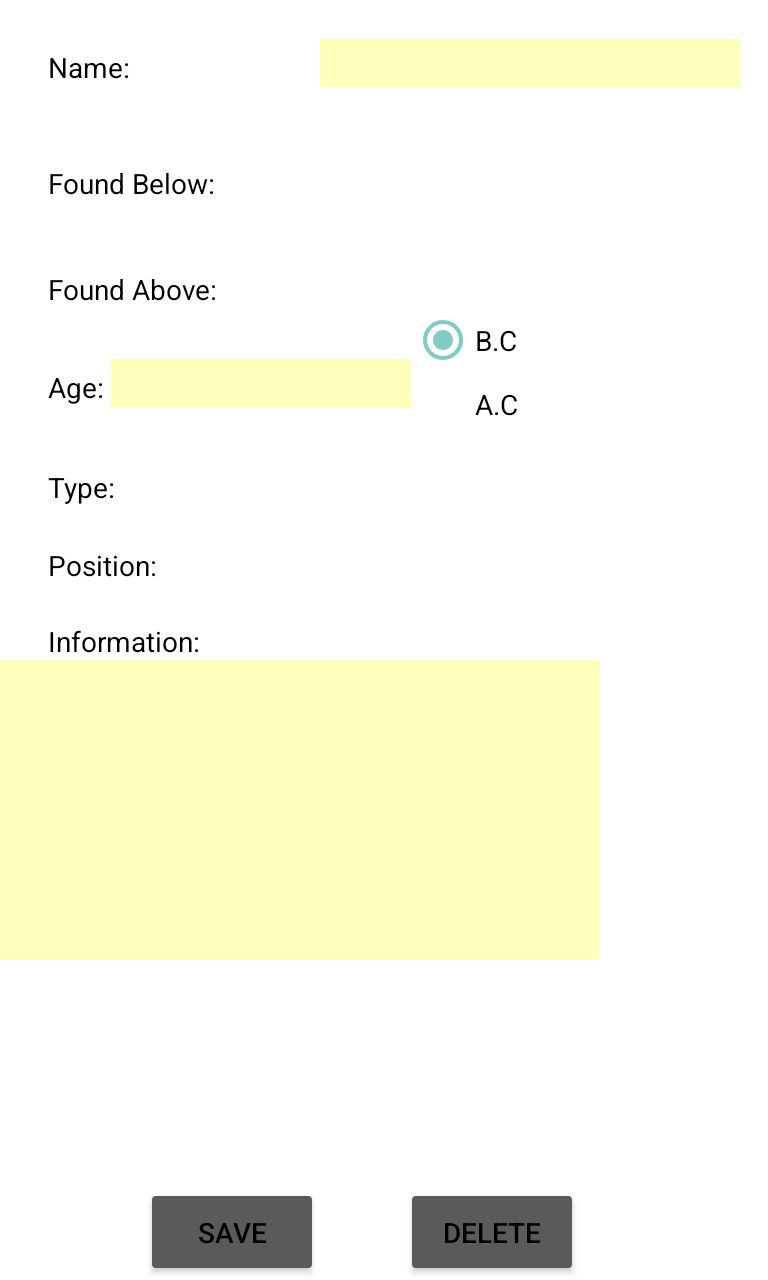
Repository: qfornaguera/AppQuelogy
Layout: AppQueology/res/layout/activity_artifact.xml
An editor plug-in stored every save of this project. The layout is shown before and after the next save, followed by the edit.
It is drawn on a 768 x 1280 px phone screen (xhdpi) without system bars, with theme Theme.AppCompat; the app's code is not run.

Above is the layout before, as saved 2014-05-26 21:38:08.

### AppQueology/res/layout/activity_artifact.xml
<RelativeLayout xmlns:tools="http://schemas.android.com/tools"
    xmlns:android="http://schemas.android.com/apk/res/android"
    android:layout_width="wrap_content"
    android:layout_height="wrap_content"
    android:background="#ffffff"
    tools:context="com.example.appqueology.ArtifactActivity" >

	<ScrollView
	    android:layout_width="wrap_content"
	    android:layout_height="wrap_content" >

		<RelativeLayout
		    android:id="@+id/container"
		    android:layout_width="wrap_content"
		    android:layout_height="594dp"
		    android:background="#ffffff"
		    tools:ignore="MergeRootFrame" >

		    <EditText
		        android:id="@+id/editText1"
		        android:layout_width="wrap_content"
		        android:layout_height="wrap_content"
		        android:layout_alignBaseline="@+id/textView1"
		        android:layout_alignBottom="@+id/textView1"
		        android:layout_alignParentRight="true"
		        android:layout_marginRight="14dp"
		        android:background="#FEFFB8"
		        android:ems="10"
		        android:maxLength="25"
		        android:paddingLeft="10dp"
		        android:textColor="#000000" >

		    </EditText>

		    <TextView
		        android:id="@+id/textView1"
		        android:layout_width="wrap_content"
		        android:layout_height="wrap_content"
		        android:layout_alignParentLeft="true"
		        android:layout_alignParentTop="true"
		        android:layout_marginLeft="24dp"
		        android:layout_marginTop="24dp"
		        android:text="Name: "
		        android:textColor="#000000" />



		    <TextView
		        android:id="@+id/textView2"
		        android:layout_width="wrap_content"
		        android:layout_height="wrap_content"
		        android:layout_alignLeft="@+id/textView1"
		        android:layout_below="@+id/editText1"
		        android:layout_marginTop="38dp"
		        android:text="Found Below: "
		        android:textAppearance="?android:attr/textAppearanceSmall"
		        android:textColor="#000000" />

		    <TextView
		        android:id="@+id/textView3"
		        android:layout_width="wrap_content"
		        android:layout_height="wrap_content"
		        android:layout_alignBaseline="@+id/textView2"
		        android:layout_alignBottom="@+id/textView2"
		        android:layout_alignRight="@+id/editText1"
		        android:layout_toRightOf="@+id/textView2"
		        android:ems="10"
		        android:textColor="#000000" />

		    <TextView
		        android:id="@+id/textView4"
		        android:layout_width="wrap_content"
		        android:layout_height="wrap_content"
		        android:layout_alignLeft="@+id/textView2"
		        android:layout_below="@+id/textView2"
		        android:layout_marginTop="34dp"
		        android:text="Found Above: "
		        android:textAppearance="?android:attr/textAppearanceSmall"
		        android:textColor="#000000" />

		    <TextView
		        android:id="@+id/textView5"
		        android:layout_width="wrap_content"
		        android:layout_height="wrap_content"
		        android:layout_alignBaseline="@+id/textView4"
		        android:layout_alignBottom="@+id/textView4"
		        android:layout_alignParentRight="true"
		        android:layout_toRightOf="@+id/textView4"
		        android:textColor="#000000" />

		    <TextView
		        android:id="@+id/textView6"
		        android:layout_width="wrap_content"
		        android:layout_height="wrap_content"
		        android:layout_alignLeft="@+id/textView4"
		        android:layout_below="@+id/textView4"
		        android:layout_marginTop="30dp"
		        android:text="Age: "
		        android:textColor="#000000" />

		    <EditText
		        android:id="@+id/editText2"
		        android:layout_width="wrap_content"
		        android:layout_height="wrap_content"
		        android:layout_alignBaseline="@+id/textView6"
		        android:layout_alignBottom="@+id/textView6"
		        android:layout_toRightOf="@+id/textView6"
		        android:background="#FEFFB8"
		        android:ems="10"
		        android:inputType="numberSigned"
		        android:paddingLeft="10dp"
		        android:textColor="#000000"
		        android:width="150dp" />

		    <TextView
		        android:id="@+id/textView7"
		        android:layout_width="wrap_content"
		        android:layout_height="wrap_content"
		        android:layout_alignLeft="@+id/textView6"
		        android:layout_below="@+id/radioGroup1"
		        android:layout_marginTop="16dp"
		        android:text="Type: "
		        android:textColor="#000000" />

		    <RadioGroup
		        android:id="@+id/radioGroup1"
		        android:layout_width="wrap_content"
		        android:layout_height="wrap_content"
		        android:layout_below="@+id/textView5"
		        android:layout_toRightOf="@+id/editText2"
		        android:width="50dp" >

		        <RadioButton
		            android:id="@+id/radio0"
		            android:layout_width="wrap_content"
		            android:layout_height="wrap_content"
		            android:checked="true"
		            android:text="B.C"
		            android:textColor="#000000" />

		        <RadioButton
		            android:id="@+id/radio1"
		            android:layout_width="wrap_content"
		            android:layout_height="wrap_content"
		            android:text="A.C"
		            android:textColor="#000000" />
		    </RadioGroup>

		    <TextView
		        android:id="@+id/textView8"
		        android:layout_width="wrap_content"
		        android:layout_height="wrap_content"
		        android:layout_alignBottom="@+id/textView7"
		        android:layout_alignRight="@+id/textView3"
		        android:layout_toRightOf="@+id/textView1"
		        android:textColor="#000000" />

		    <TextView
		        android:id="@+id/textView9"
		        android:layout_width="wrap_content"
		        android:layout_height="wrap_content"
		        android:layout_alignLeft="@+id/textView7"
		        android:layout_below="@+id/textView7"
		        android:layout_marginTop="58dp"
		        android:text="Information: "
		        android:textColor="#000000" />

		    <TextView
		        android:id="@+id/textView10"
		        android:layout_width="wrap_content"
		        android:layout_height="wrap_content"
		        android:layout_alignLeft="@+id/textView7"
		        android:layout_below="@+id/textView7"
		        android:layout_marginTop="20dp"
		        android:text="Position:"
		        android:textColor="#000000" />

		    <Spinner
		        android:id="@+id/spinner1"
		        android:layout_width="wrap_content"
		        android:layout_height="wrap_content"
		        android:layout_alignLeft="@+id/editText1"
		        android:layout_alignTop="@+id/textView10" />

		    <EditText
		        android:id="@+id/editText3"
		        android:layout_width="300dp"
		        android:layout_height="150dp"
		        android:layout_alignParentLeft="true"
		        android:layout_below="@+id/textView9"
		        android:background="#FEFFB8"
		        android:ems="10"
		        android:gravity="center_vertical|top"
		        android:inputType="textMultiLine"
		        android:paddingLeft="10dp"
		        android:textColor="#000000" >
		    </EditText>

		</RelativeLayout>
	</ScrollView>

    <Button
        android:id="@+id/delete"
        android:layout_width="wrap_content"
        android:layout_height="wrap_content"
        android:layout_alignParentBottom="true"
        android:layout_marginLeft="42dp"
        android:layout_toRightOf="@+id/save"
        android:text="Delete"
        android:textColor="#000000" />

    <Button
        android:id="@+id/save"
        android:layout_width="wrap_content"
        android:layout_height="wrap_content"
        android:layout_alignParentBottom="true"
        android:layout_alignParentLeft="true"
        android:layout_marginLeft="72dp"
        android:text="Save"
        android:textColor="#000000" />

</RelativeLayout>

After the next save:
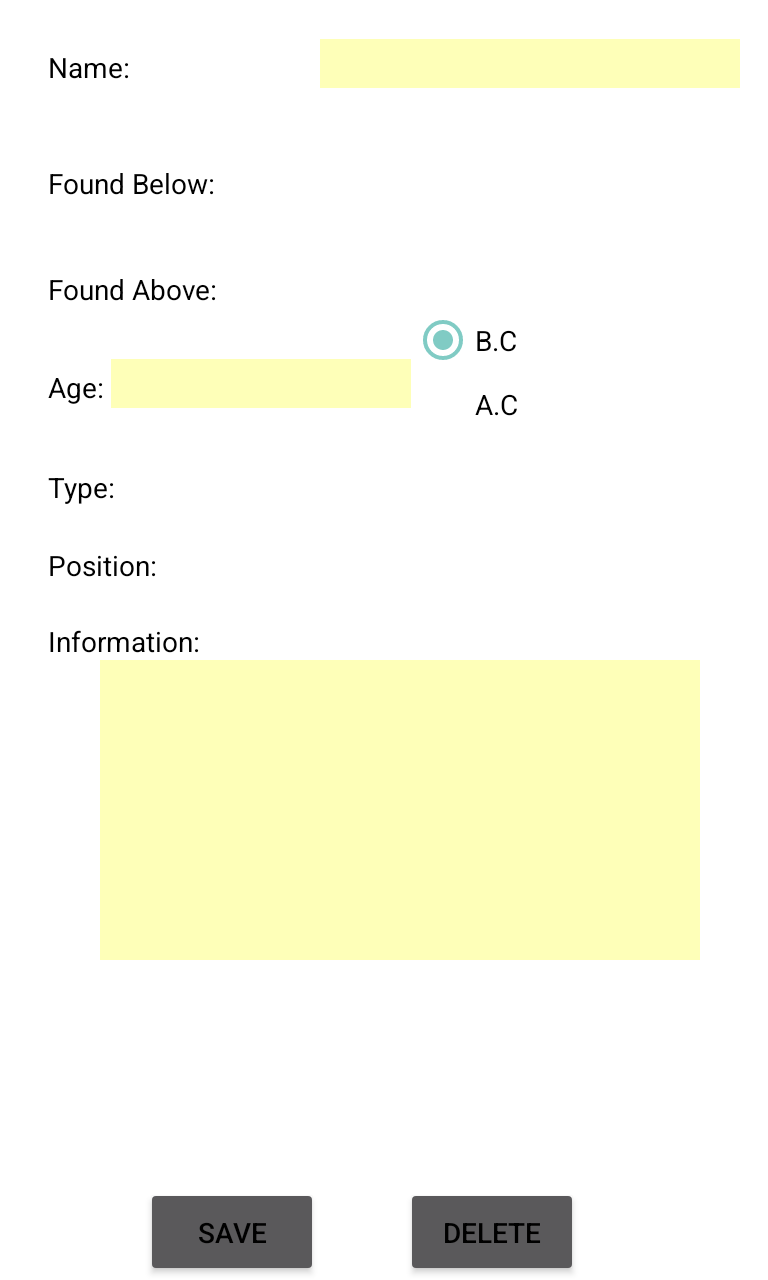
Saved 27 s later.
--- a/AppQueology/res/layout/activity_artifact.xml
+++ b/AppQueology/res/layout/activity_artifact.xml
@@ -186,6 +186,7 @@
 		        android:id="@+id/editText3"
 		        android:layout_width="300dp"
 		        android:layout_height="150dp"
+		        android:layout_marginLeft="50dp"
 		        android:layout_alignParentLeft="true"
 		        android:layout_below="@+id/textView9"
 		        android:background="#FEFFB8"
